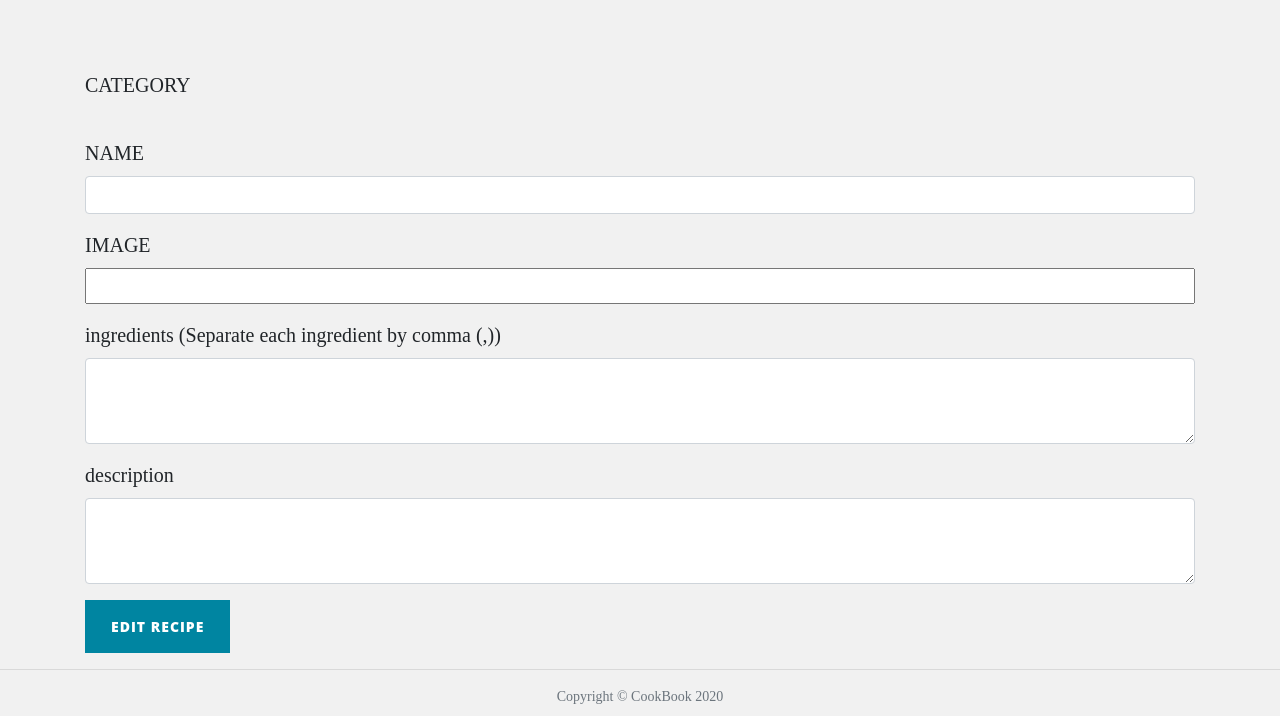
Repository: EricGaona/PracticalPythonDataCentricMilestoneProject
Page: templates/edit_recipe.html
The author's editor kept a record of every edit. The page is drawn from the files as they stood at one moment, then again after the next edit.
The browser window is 1280 px wide. The pictures show the part of the page from y = 628 to 1344 px (the page is 1344 px tall).
The page is served by the project's application, run on Flask 3 (app.py). Other server files are loaded and not shown. The template is opened directly, without the code that normally fills it, so the values that code supplies are empty.

Above is the page before.

### templates/edit_recipe.html
{% extends 'base.html' %}
{% block content%}
<h2>{{ page_title }}</h2>
<div class="row featurette">


    <form action="{{ url_for('update_recipe', recipe_id=recipe._id) }}" method="POST" class="col-lg-12 col-md-12 mx-auto">

       <label>CATEGORY</label>
       <div class="form-check">

        {% for cat in categories %}
          {% if cat.category_name == recipe.category_name %}
        <input class="form-check-input" type="radio" name="category_name" id="category" value="{{cat.category_name}}" checked>

        <label class="form-check-label" for="exampleRadios1">
             {{cat.category_name}}
        </label><br>
          {% else %}
             <input class="form-check-input" type="radio" name="category_name" id="category" value="{{cat.category_name}}" >

        <label class="form-check-label" for="exampleRadios1">
             {{cat.category_name}}
          </label><br>
          {% endif %}
        {% endfor %}
     </div>
     <br>
  <div class="form-group">
    <label for="name">NAME</label>

     {% if errorName %}
      <input type="text" class="form-control" id="name" name="name" required>
      <span class="error_conf">{{ errorName }}</span>

      {% else %}
      <input type="text" class="form-control" id="name" name="name" value="{{recipe.name}}" required>

      {% endif %}
  </div>

  <div class="form-group">
    <label for="image">IMAGE</label>
    <input type="url" class="form-control-file" id="image" name="image" value="{{recipe.image}}" required>
  </div>

  <div class="form-group">
    <label for="ingredient">ingredients (Separate each ingredient by comma (,))</label>
    {% if errorIngredient %}
    <textarea class="form-control" id="ingredient" name="ingredient" rows="3" required></textarea>
    <span class="error_conf">{{ errorIngredient }}</span>
     {% else %}
      <textarea class="form-control" id="ingredient" name="ingredient" rows="3" value="{{recipe.ingredient}}" required>{{recipe.ingredient}}</textarea>

      {% endif %}
  </div>

  <div class="form-group">
    <label for="description">description</label>
     {% if errorDescription %}
    <textarea class="form-control" id="description" name="description" rows="3" required></textarea>
     <span class="error_conf">{{ errorDescription }}</span>

      {% else %}
      <textarea class="form-control" id="description" name="description" rows="3" value="{{recipe.description}}" required>{{recipe.description}}</textarea>
      {% endif %}
  </div>

  <button type="submit" class="btn btn-primary" >Edit Recipe</button>
</form>

</div>
{% endblock %}

### templates/base.html
<!DOCTYPE html>
<html lang="en">
<head>
    <meta charset="UTF-8">
    <meta name="viewport" content="width=device-width, initial-scale=1.0">
    <meta http-equiv="X-UA-Compatible" content="ie=edge">
    <link href="{{ url_for('static', filename='vendor/bootstrap/css/bootstrap.min.css') }}" rel="stylesheet">
    <link rel="stylesheet" href="{{ url_for('static', filename='css/clean-blog.min.css') }}" type="text/css" />
    <!--<link rel="stylesheet" href="https://cdnjs.cloudflare.com/ajax/libs/materialize/0.100.2/css/materialize.min.css">-->
    <link rel="stylesheet" href="{{ url_for('static', filename='css/style.css') }}" type="text/css" />
     <!--EL LINK DE ABAJO ES PARA EL BOTON DE CONFIRMACON-->
   <!-- <link rel="stylesheet" href="https://stackpath.bootstrapcdn.com/bootstrap/4.1.3/css/bootstrap.min.css" integrity="sha384-MCw98/SFnGE8fJT3GXwEOngsV7Zt27NXFoaoApmYm81iuXoPkFOJwJ8ERdknLPMO" crossorigin="anonymous">-->
   <!--TODO ESTO ES PARA EL BOTON DE CONFIRMACION-->
    <title>BookCook_Base</title>
</head>
<body>

     <!-- Navigation -->
    <nav class="navbar navbar-expand-lg navbar-light fixed-top" id="mainNav">
        <div class="container">
            <a class="navbar-brand" href="{{ url_for('index') }}">cookbook</a>
            <button class="navbar-toggler navbar-toggler-right" type="button" data-toggle="collapse" data-target="#navbarResponsive" aria-controls="navbarResponsive" aria-expanded="false" aria-label="Toggle navigation">
          Menu
          <i class="fa fa-bars"></i>
        </button>
            <div class="collapse navbar-collapse" id="navbarResponsive">
                <ul class="navbar-nav ml-auto">
                    <li class="nav-item">
                        <a class="nav-link" href="{{ url_for('index') }}">Home</a>
                    </li>




                    <li class="nav-item">
                        <a class="nav-link" href="{{ url_for('recipes', category='vegan') }}">Vegan</a>
                    </li>

                    <li class="nav-item">
                        <a class="nav-link" href="{{ url_for('recipes', category='vegetarian') }}">Vegetarian</a>
                    </li>

                    <li class="nav-item">
                        <a class="nav-link" href="{{ url_for('sharerecipe') }}">Share Recipe</a>
                    </li>

                    <li class="nav-item">
                        <a class="nav-link" href="{{ url_for('cookingtools') }}">Cooking Tools</a>
                    </li>
                    <li class="nav-item">
                        <a class="nav-link" href="{{ url_for('contact') }}">Contact</a>
                    </li>
                </ul>
            </div>
        </div>
    </nav>

    <!-- Page Header -->
    <header class="masthead" style="background-image: url('https://pre00.deviantart.net/9ae0/th/pre/f/2013/275/8/f/the_hobbit__thorin_and_company_by_art_calavera-d5nay7b.png')">
        <div class="overlay"></div>
        <div class="container">
            <div class="row">
                <!--<div class="col-lg-8 col-md-10 mx-auto">-->
                    <div class="site-heading">
                        <h1>Vegetarians & vegans <br>Recipe</h1>
                        <span class="subheading">Find and share recipes</span>
                    </div>
                </div>
            </div>
        </div>
    </header>

    <!-- Main Content -->
    <div class="container">
        {% block content %} {% endblock %}
    </div>

    <hr>

    <!-- Footer -->
    <footer>
        <div class="container">
            <div class="row">
                <div class="col-lg-8 col-md-10 mx-auto">

                    <p class="copyright text-muted">Copyright &copy; CookBook 2020</p>
                </div>
            </div>
        </div>
    </footer>

    <!-- Bootstrap core JavaScript -->
    <script src="{{ url_for('static', filename='vendor/jquery/jquery.min.js') }}"></script>
    <script src="{{ url_for('static', filename='vendor/bootstrap/js/bootstrap.bundle.min.js') }}"></script>

    <!-- Custom scripts for this template -->
    <script src="{{ url_for('static', filename='js/clean-blog.min.js') }}"></script>

    <!--<link rel="stylesheet" href="https://stackpath.bootstrapcdn.com/bootstrap/4.1.3/css/bootstrap.min.css" integrity="sha384-MCw98/SFnGE8fJT3GXwEOngsV7Zt27NXFoaoApmYm81iuXoPkFOJwJ8ERdknLPMO" crossorigin="anonymous">-->

  <!--EL SCRIPT DE ABAJO ES PARA EL BOTON DE CONFIRMACION-->
    <script type="text/javascript">
         function confirmedDelete(deleteURL){

             let userConfirmeDelete = confirm("Are you sure you want to delete this recipe?");
             if (userConfirmeDelete){
                 window.location = deleteURL;
             }
         }
    </script>
</body>
</html>

### app.py
import os
from flask import Flask, render_template, redirect, request, url_for, flash, json
from flask_pymongo import PyMongo
from bson.objectid import ObjectId

app = Flask(__name__)
app.secret_key = "some_secret"

app.config["MONGO_DBNAME"] = "recipe"
app.config["MONGO_URI"] = "mongodb+srv://root:r00tUser@myfirstclouster-fth3h.mongodb.net/recipe?retryWrites=true&w=majority"

mongo = PyMongo(app)

@app.route("/")
def index():
    """
    THIS FUNCTION RETRIEVE THE RECIPES FROM THE DATABASE TO BE USED IN THE index.html
    """
    return render_template("index.html", recipes=mongo.db.recipes.find(), page_title="Home Page")


@app.route("/recipes/<category>")
def recipes(category):
    """
    THIS FUNCTION SEPARATES VEGANS AND VEGETARIAS
    """
    recipes = mongo.db.recipes.find({"category_name": category})

    return render_template("recipe_category.html",
                  recipes=recipes,
                  page_title=category.capitalize()
                 )

@app.route("/sharerecipe")
def sharerecipe():
    """
    THIS FUNCTION RETRIEVE THE CATEGORIES FROM THE DATABASE TO BE USED IN THE sharerecipe.html
    """
    return render_template("sharerecipe.html",
                           categories=mongo.db.categories.find(),
                           page_title="Share Recipe")


@app.route("/insert_recipe", methods=["POST"])
def insert_recipe():
    """
    THIS FUNCTION SEND THE INFORMATION FROM THE sharerecipe.html TO THE DATABASE
    AND VALIDATED THE NAME, INGREDIENT AND DESCRIPTION
    """
    recipes = mongo.db.recipes
    name = request.form["name"]
    ingredient = request.form["ingredient"]
    description = request.form["description"]
    error_name = ""
    error_ingredient = ""
    error_description = ""
    error_found = False

    if len(name) == 0 or len(name) > 30:
        error_found = True
        error_name = "The name should not be empty or longer than 30 characters long."

    if len(ingredient) == 0 or len(ingredient) > 450:
        error_found = True
        error_ingredient = "The ingredient should not be empty or longer than 450 characters long."

    if len(description) == 0 or len(description) > 350:
        error_found = True
        error_description = "The description should not be empty or longer than 350 characters long."

    if error_found:

        return render_template("sharerecipe.html", errorName=error_name, errorIngredient=error_ingredient, errorDescription=error_description )
    else:
        recipes.insert_one(request.form.to_dict())
        return redirect(url_for("index"))


@app.route("/edit_recipe/<recipe_id>")
def edit_recipe(recipe_id):
    """
    THIS FUNCTION RETRIEVE THE INFORMATION THAT WILL BE EDIT IN THE editrecipe.html
    """
    the_recipe =  mongo.db.recipes.find_one({"_id": ObjectId(recipe_id)})
    all_categories =  mongo.db.categories.find()
    return render_template("editrecipe.html", recipe=the_recipe,
                           categories=all_categories,
                           page_title="Edit Recipe")



@app.route("/update_recipe/<recipe_id>", methods=["POST"])
def update_recipe(recipe_id):
    """
    THIS FUNCTION SEND THE NEW INFORMATION FROM editrecipe.html TO THE DATABASE
    """

    the_recipe =  mongo.db.recipes.find_one({"_id": ObjectId(recipe_id)})
    all_categories =  mongo.db.categories.find()
    recipes = mongo.db.recipes
    name = request.form["name"]
    ingredient = request.form["ingredient"]
    description = request.form["description"]
    error_name = ""
    error_ingredient = ""
    error_description = ""
    error_found = False

    if len(name) == 0 or len(name) > 30:
        error_found = True
        error_name = "The name should not be empty or longer than 30 characters long."

    if len(ingredient) == 0 or len(ingredient) > 450:
        error_found = True
        error_ingredient = "The ingredient should not be empty or longer than 450 characters long."

    if len(description) == 0 or len(description) > 350:
        error_found = True
        error_description = "The description should not be empty or longer than 350 characters long."

    if error_found:

        return render_template("editrecipe.html", recipe=the_recipe, categories=all_categories, errorName=error_name, errorIngredient=error_ingredient, errorDescription=error_description)
    else:
        recipes.update( {"_id": ObjectId(recipe_id)},
        {
            "category_name":request.form.get("category_name"),
            "name":request.form.get("name"),
            "image":request.form.get("image"),
            "ingredient": request.form.get("ingredient"),
            "description": request.form.get("description")
        })

        return redirect(url_for("index"))


@app.route("/delete_recipe/<recipe_id>")
def delete_recipe(recipe_id):
    """
    THIS FUNCTION DELETE THE RECIPE FROM THE DATABASE
    """
    mongo.db.recipes.remove({"_id": ObjectId(recipe_id)})
    return redirect(url_for("index"))



@app.route("/index/<name>")
def recipe_index(name):
    """
    THIS FUNCTION SHOWS THE SELECTED RECIPE IN index.html
    """

    return render_template("recipe.html",
                            recipes=mongo.db.recipes.find({"name": name}),
                            page_title="Recipe")


@app.route('/recipe_category/<name>')
def recipe(name):
    """
    THIS FUNCTION SHOWS THE SELECTED RECIPE IN recipe_category.html
    """

    return render_template("recipe.html",
                            recipes=mongo.db.recipes.find({'name': name}),
                            page_title="Recipe")


@app.route('/cookingtools')
def cookingtools():
    """
    THIS FUNCTION RETRIEVE ALL THE COOKING TOOLS FROM THE cookingtools.json AND SHOWS IN THE cookingtools.html
    """
    data =[]
    with open("data/cookingtools.json", "r") as json_data:
         data = json.load(json_data)
    return render_template("cookingtools.html", page_title="Cooking Tools", cookingtools=data)


@app.route('/recipe/<tool>')
def tool_recipe(tool):
    """
    THIS FUNCTION RECEIVES THE TOOL SELECTED IN recipe.html AND SHOWS IN THE tool.html
    """
    item = {}
    with open("data/cookingtools.json", "r") as json_data:
        data = json.load(json_data)
        for obj in data:
            if obj ["tool"] == tool:
                item = obj

    return render_template("tool.html", item=item)


@app.route('/cookingtools/<tool>')
def tool_cookingtools(tool):
    """
    THIS FUNCTION RECEIVES THE TOOL SELECTED IN cookingtools.html AND SHOWS IN THE tool.html
    """
    item = {}

    with open("data/cookingtools.json", "r") as json_data:
        data = json.load(json_data)
        for obj in data:
            if obj ["tool"] == tool:
                item = obj

    return render_template("tool.html", item=item)



@app.route('/contact', methods=["GET", "POST"])
def contact():
    if request.method == "POST":
        flash ("Thanks {}, we have recived your message!".format(request.form["name"]))
    return render_template("contact.html", page_title="Contact")


if __name__ == '__main__':
    app.run(host=os.environ.get("IP"),
            port=int(os.environ.get("PORT")),
            debug=True)

### static/css/style.css
body{
    background-color: #f1f1f1 ;
}
.btnde{
    margin: 25px 15px;
}
.bdelete{
    background-color: #F28484 ;
    border-color: #F28484 !important;
    cursor: pointer ;
    margin-right: 30px;
}

.bdelete:hover{
    background-color: red !important;
    border-color: red !important;
}
footer{
    height: 30px;
    margin: 0;
    padding: 0;
}
footer p{
    margin: 0;
    padding: 0;
}
.confmes1{
    background-color: #8DF5CE;
    border-radius: 4px;
}

.cont_img{
    width: 250px;
    overflow-x: hidden;
    height: 250px;
    overflow-y: hidden;
}

.center_a{
   text-decoration: none;
}
.center_a:hover{
   text-decoration: none;
}

.mar_ce_a{
    margin-bottom: 20px;
}
.mar_ce_br{
    margin: 20px 0px;
}
h2{
    margin-bottom: 70px;
}
.error_conf{
    color: white;
    background-color: #F28484;
    border: 1px solid red;
    font-size: 14px;
    border-radius: 4px;
    padding: 5px;
}
.ing_ul{
   background: #F28484;
}
.p_color{
    background: blue;
    padding-left: 0px;
}

Loaded but not shown: static/css/clean-blog.min.css (library); static/js/clean-blog.min.js (common file)

After the next edit:
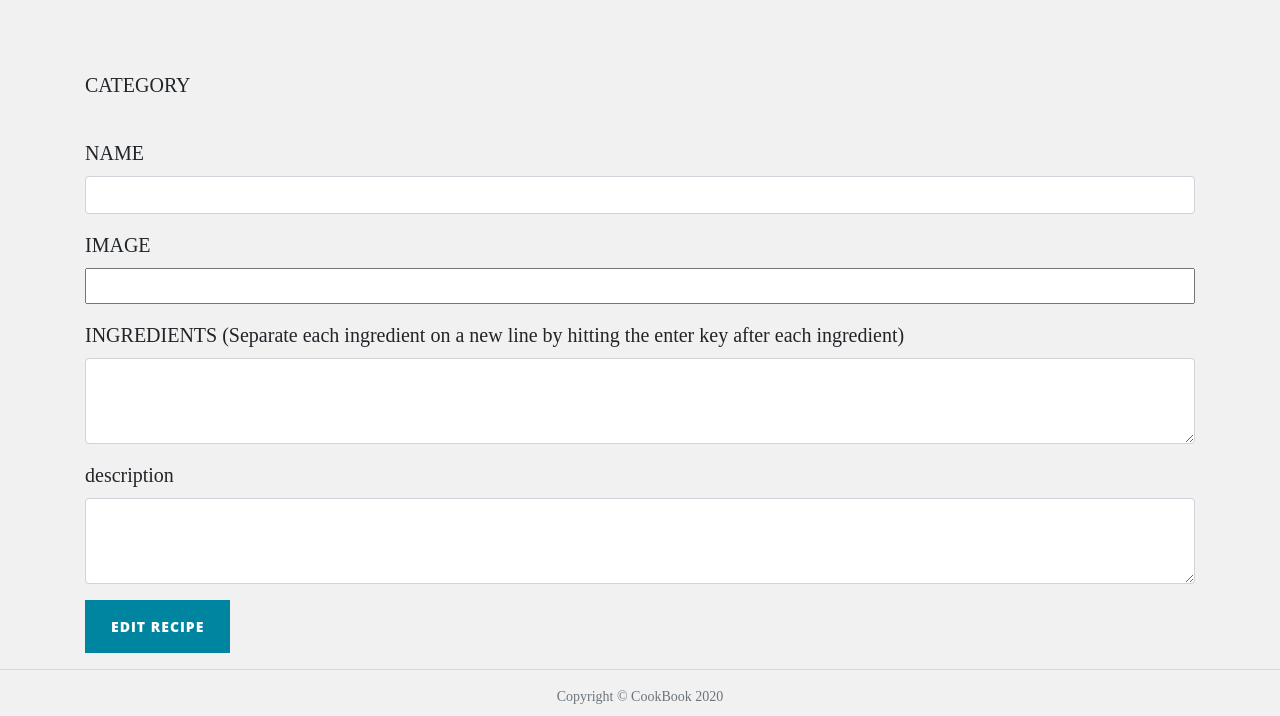
The edit:
--- a/templates/edit_recipe.html
+++ b/templates/edit_recipe.html
@@ -45,7 +45,7 @@
   </div>
 
   <div class="form-group">
-    <label for="ingredient">ingredients (Separate each ingredient by comma (,))</label>
+    <label for="ingredient">INGREDIENTS (Separate each ingredient on a new line by hitting the enter key after each ingredient)</label>
     {% if errorIngredient %}
     <textarea class="form-control" id="ingredient" name="ingredient" rows="3" required></textarea>
     <span class="error_conf">{{ errorIngredient }}</span>
